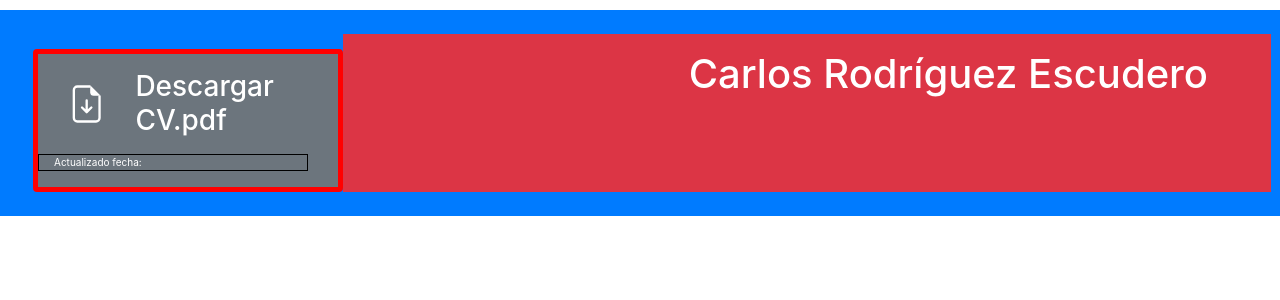
Repository: CarlosRoEs/CarlosWebCV
Page: index.html
The author's editor kept a copy of each file at every save. The page is drawn from the files as they stood at one save, then again after the next save.
The browser window is 1280 px wide. The pictures show the whole page.
The style sheet was rebuilt from its Sass, Less or Tailwind sources for each picture, by a compiler version that may differ from the author's.

Above is the page before, as saved 2020-09-15 13:25:58.

After the next save:
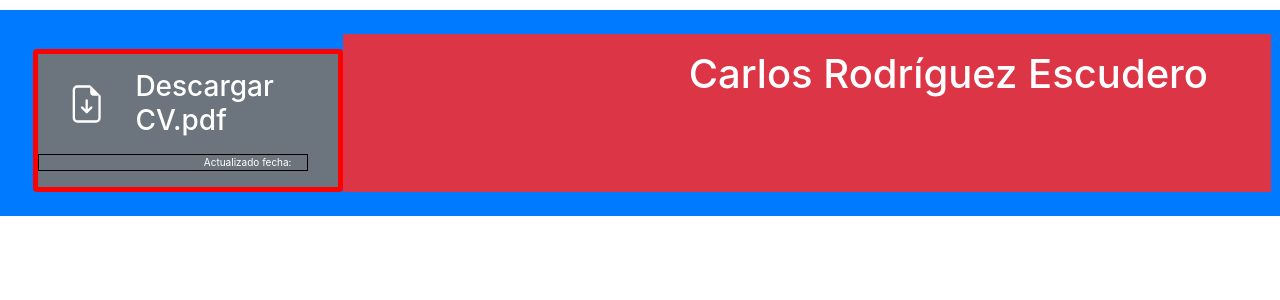
Saved 5 s later.
--- a/index.html
+++ b/index.html
@@ -30,7 +30,7 @@
                                 <h3 id="h3-header" class="col-9 mt-3 text-left text-white">Descargar CV.pdf</h3>
 
                                 <div class="row w-100">
-                                    <p class="col-12 tex text-white">Actualizado fecha:</p>
+                                    <p class="col-12 text-right text-white">Actualizado fecha:</p>
                                 </div>
                             </a>
                         </div>
